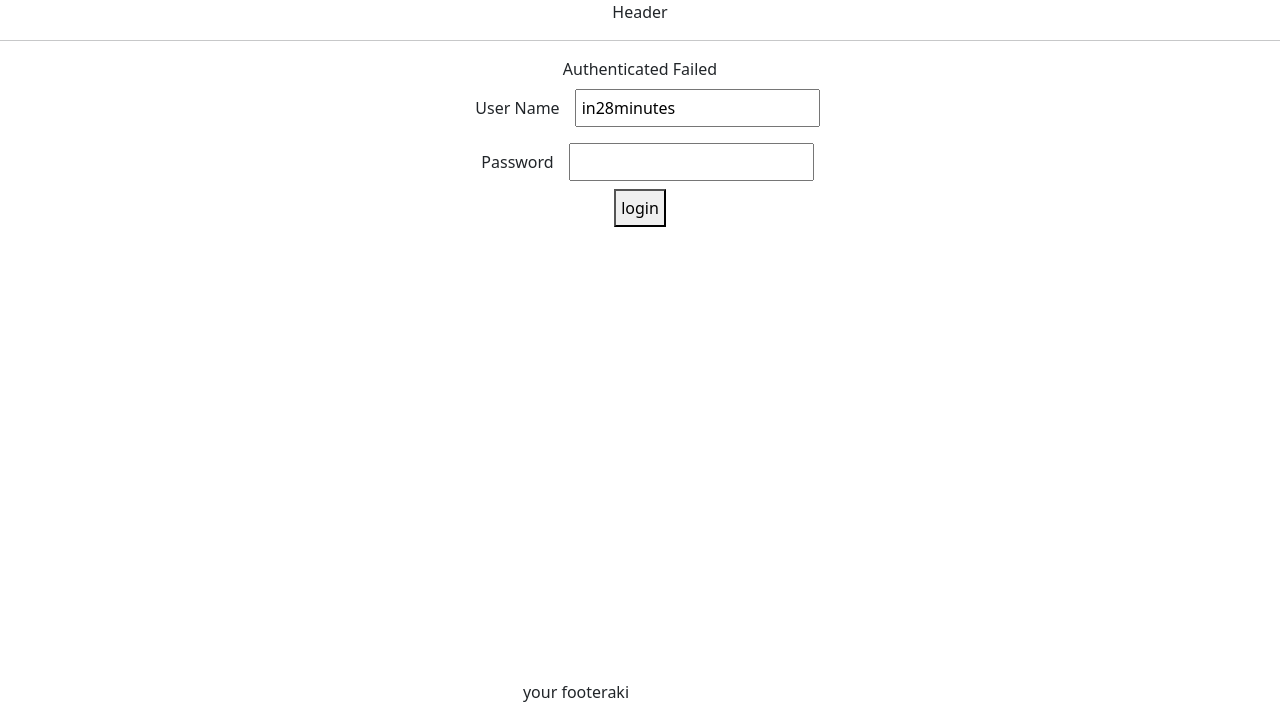
Repository: alexveremis/ReactWithRestAPI
Page: /login
An editor plug-in stored every save of this project. The page is shown before and after a run of saves, followed by the edit.
The browser window is 1280 px wide. The pictures show the whole page.
The project was rebuilt for these pictures with package versions that can differ from the ones it lists, and the page was loaded fresh each time.

Above is the page before, as saved 2023-11-28 11:13:53.

### src/App.js
import './App.css';
import TodoApp from './components/todo/TodoApp'


function App() {
  return (
    <div className="App">
      <TodoApp />
    </div>
  );
}


export default App;

### src/components/todo/TodoApp.jsx
import './TodoApp.css'
import { useState } from 'react'
import { BrowserRouter, Route, Routes, useNavigate, useParams , Link } from 'react-router-dom';

export default function TodoApp(){
    return(
        <div className="TodoApp">
            <HeaderComponent/>
            <BrowserRouter>
            <Routes>
                <Route path='/' element={<LoginComponent />} />
                <Route path='/login' element={<LoginComponent />} />
                <Route path='/welcome/:username' element={<WelcomeComponent />} />
                <Route path='*' element={<ErrorComponent />} />
                <Route path='/todos' element={<ListTodosComponent />} />
            </Routes>
            </BrowserRouter>
            <FooterComponent/>


        </div>
    )
}

function LoginComponent(){

    function handleUsernameChange(event){
        console.log(event.target.value);
        setUsername(event.target.value)
    }
    function handlePasswordChange(event){
        console.log(event.target.value);
        setPassword(event.target.value)
    }

    function handleSubmit(event){
        console.log(username);
        console.log(password);
        if(username==='alex' && password==='ver'){
            console.log('Success');
            setSuccessMessage(true);
            navigate(`/welcome/${username}`)
        } else{
            console.log('Failed');
            setSuccessMessage(false);
        }
    }

    const [username, setUsername] = useState('in28minutes')
    const [password, setPassword] = useState('')
    const [showSuccessMessage, setSuccessMessage] = useState(false)
    const navigate = useNavigate();

    return(
        <div className="Login">
            {showSuccessMessage && <div className="successMessage">Authenticated Successfully</div>}
            {!showSuccessMessage && <div className="errorMessage">Authenticated Failed</div>}

            <div className="LoginForm">
                <div>
                    <label>User Name</label>
                    <input type="text" name="username" value={username} onChange={handleUsernameChange}/>
                </div>
                <div>
                    <label>Password</label>
                    <input type="password" name="password" value={password} on onChange={handlePasswordChange}/>
                </div>
                <div>
                    <button type="button" name="login" onClick={handleSubmit}>login</button>
                </div>
            </div>
        </div>
    )
}

function WelcomeComponent(){
    const {username }= useParams()
    return(
        <div className="Welcome">
            Welcome {username}
            Your todos <Link to="/todos">Go here</Link>
        </div>
    )
}

function ErrorComponent(){
    return(
        <div className="ErrorComponent">
            We are working hard
        </div>
    )
}

function ListTodosComponent(){
    const todos = [
                    { id: 1, description : 'learn eng'},
                    { id: 2, description : 'learn eng2'},
                    { id: 3, description : 'learn eng3'}


                ]


    return(
        <div className="contrainer">
            Things you want to do!
            <div>
                <table className="table">
                    <thead>
                        <tr>
                            <td>id </td>
                            <td>description </td>

                        </tr>
                    </thead>
                    <tbody>
                        {
                            todos.map(
                                todo => (
                                    <tr key={todo.id}>
                                        <td>{todo.id }</td>
                                        <td>{todo.description} </td>
                                    </tr>
                                )
                            )
                        }

                    </tbody>
                </table>
            </div>
        </div>
    )
}


function HeaderComponent(){
    return(
        <div className="header">
            Header <hr/>
        </div>
    )
}


function FooterComponent(){
    return(
        <footer className="footer">
            <div class="container">
                your footeraki
            </div>
        </footer>
    )
}

### src/components/todo/TodoApp.css
label, input, button {
    margin: 10px;
    padding: 5px;
}

footer {
  bottom: 0;
  position: absolute;
  width: 90%;
  height: 40px;
}

Loaded but not shown: public/index.html (common file); src/index.js (common file); src/index.css (common file); src/reportWebVitals.js (common file); src/App.css (common file)

After the next 2 saves:
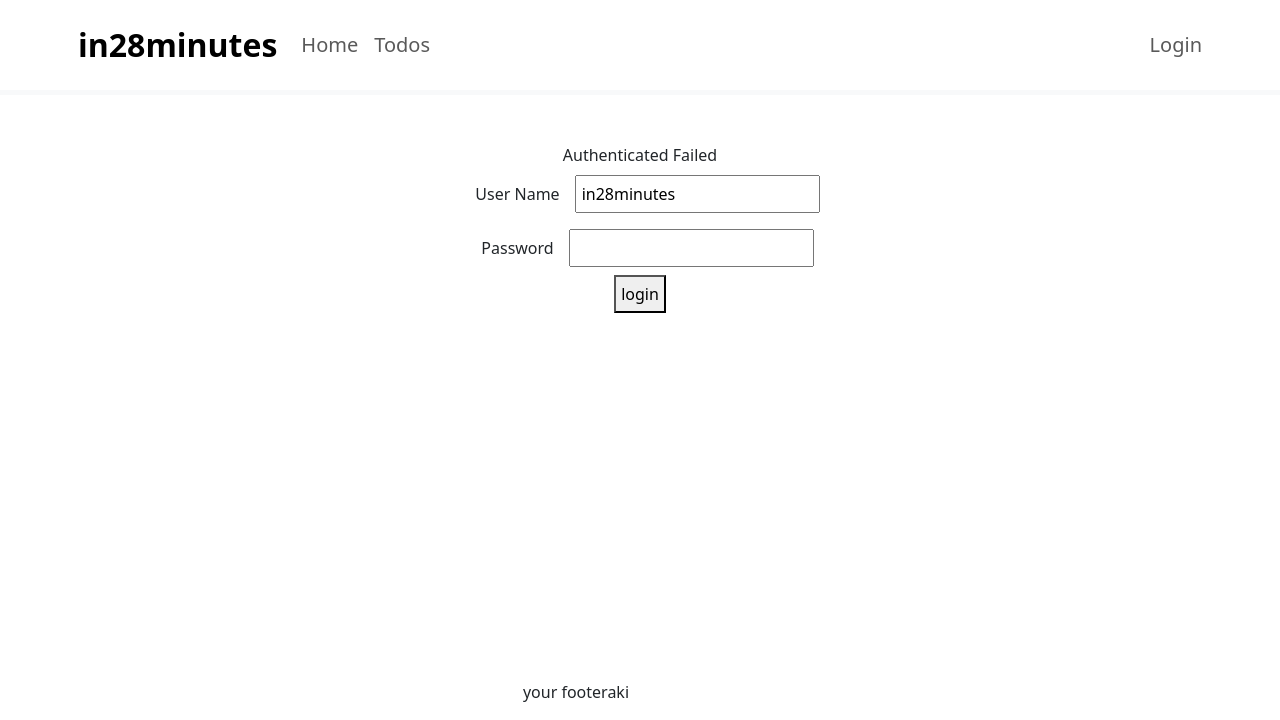
The 2 saves are shown as one change because 1 did not build or start.
The last was saved 3 min 29 s later.
--- a/src/components/todo/TodoApp.jsx
+++ b/src/components/todo/TodoApp.jsx
@@ -5,8 +5,8 @@ import { BrowserRouter, Route, Routes, useNavigate, useParams , Link } from 'rea
 export default function TodoApp(){
     return(
         <div className="TodoApp">
+            <BrowserRouter>
             <HeaderComponent/>
-            <BrowserRouter>
             <Routes>
                 <Route path='/' element={<LoginComponent />} />
                 <Route path='/login' element={<LoginComponent />} />
@@ -14,8 +14,8 @@ export default function TodoApp(){
                 <Route path='*' element={<ErrorComponent />} />
                 <Route path='/todos' element={<ListTodosComponent />} />
             </Routes>
+            <FooterComponent/>
             </BrowserRouter>
-            <FooterComponent/>
 
 
         </div>
@@ -135,9 +135,24 @@ function ListTodosComponent(){
 
 function HeaderComponent(){
     return(
-        <div className="header">
-            Header <hr/>
+        <header className="border-bottom border-light border-5 mb-5 p-2">
+        <div className="container">
+            <div className="row">
+                <nav className="navbar navbar-expand-lg">
+                    <a className="navbar-brand ms-2 fs-2 fw-bold text-black" href="https://www.in28minutes.com">in28minutes</a>
+                    <div className="collapse navbar-collapse">
+                        <ul className="navbar-nav">
+                            <li className="nav-item fs-5"><Link className="nav-link" to="/welcome/in28minutes">Home</Link></li>
+                            <li className="nav-item fs-5"><Link className="nav-link" to="/todos">Todos</Link></li>
+                        </ul>
+                    </div>
+                    <ul className="navbar-nav">
+                        <li className="nav-item fs-5"><Link className="nav-link" to="/login">Login</Link></li>
+                    </ul>
+                </nav>
+            </div>
         </div>
+    </header>
     )
 }
 
